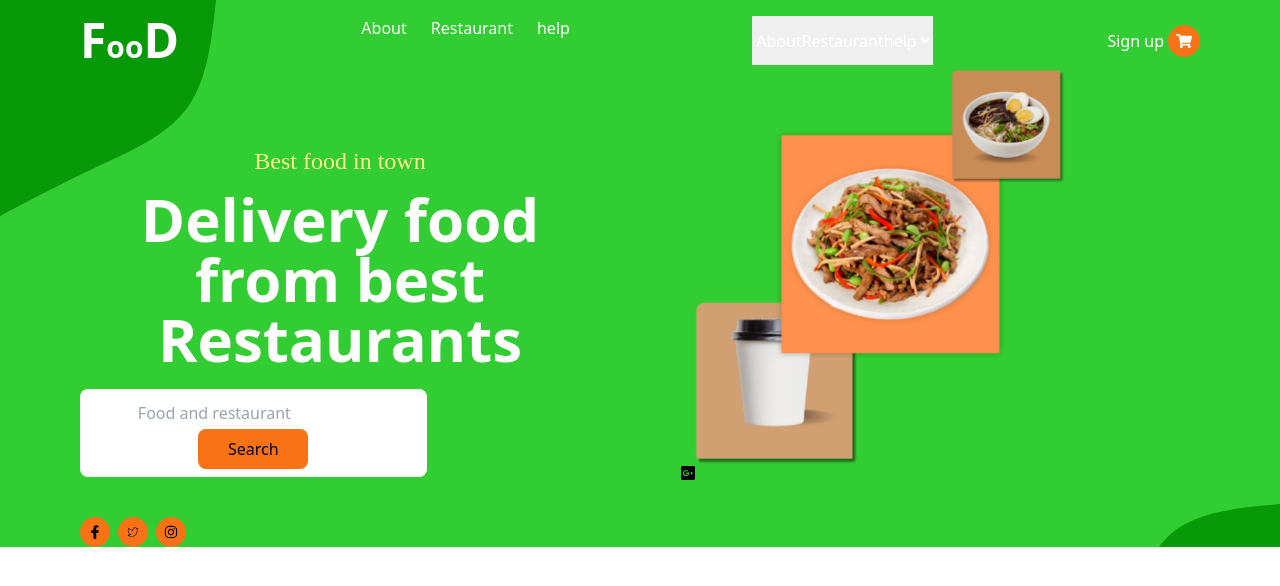
Repository: KhushiCode14/FoodWeb
Page: /
An editor plug-in stored every save of this project. The page is shown before and after the next save, followed by the edit.
The browser window is 1280 px wide. The pictures show the whole page.
The project was rebuilt for these pictures with package versions that can differ from the ones it lists, and the page was loaded fresh each time. Also part of the build but not shown: src/components/Home/SignUp.tsx, src/components/Home/SignIn.tsx.

Above is the page before, as saved 2024-09-20 17:33:59.

### src/index.css
@tailwind base;
@tailwind components;
@tailwind utilities;

.bgBack{
  background-image: url(../src/components/images/background.svg);
}

### src/App.tsx
import { Route, BrowserRouter as Router, Routes ,  } from 'react-router-dom';
import './App.css';
import Navbar from './Pages/Navbar';
import Home from './Pages/Home';
import SignUp from './components/Home/SignUp';
import SignIn from './components/Home/SignIn';

function App() {
  return (
    <div className="App bgBack m-0 px-20 pt-2">
      <Router>
        <Navbar/>
      <Routes>
        <Route  path="/" element={<Home/>} />
        <Route  path="/signUp" element={<SignUp/>} />
        <Route  path="/signIn" element={<SignIn/>} />
        {/* <Route  path="/about" element={About} />
        <Route  path="/contact" element={Contact} /> */}
        </Routes>
      </Router>

    </div>
  );
}

export default App;

### src/Pages/Navbar.tsx
import { NavLink } from "react-router-dom"
import { Link } from "react-router-dom"
import { FaShoppingCart } from "react-icons/fa";
import { FaCartPlus } from "react-icons/fa";
import { useState } from "react";
import { IoReorderThreeOutline } from "react-icons/io5";
interface nav {
  to: string,
  linkName: string

}
const Navbar: React.FC = () => {
  const [sign, setSign] = useState<string>('Sign up');
  const [menu, setMenu] = useState<boolean>(false)
  const [cart, setCart] = useState<JSX.Element>(<FaShoppingCart />);
  const navLink: nav[] = [
    { to: "/about", linkName: "About" },
    { to: "/", linkName: "Restaurant" },
    { to: "/help", linkName: "help" },
    // Add more links as needed
  ]
  const handleSign = () => {
    setSign(sign === 'Sign up' ? 'Sign in' : 'Sign up');
  }
  const handleCart = () => {
    setCart(prevCart =>
      prevCart.type === FaShoppingCart ? <FaCartPlus /> : <FaShoppingCart />
    );
  };

  return (
    <div className=" mt-2 flex justify-between text-white">
      <div className="font-bold text-3xl"><h1><span className=" text-5xl">F</span>oo<span className=" text-5xl">D</span></h1></div>
      {/* ###  mobile menu button  */}

      <div className="max-md:hidden" >
        {
          navLink.map((link, index) => (
            <Link key={index} to={link.to} className="mx-3 hover:text-gray-800">
              {link.linkName}
            </Link>
          ))
        }
      </div>
      <select className={`flex flex-col md:flex-row md:items-center md:justify-between w-full md:w-auto max-w-screen-xl ${menu ? 'block' : 'hidden md:block'}`} >
        <option>
        {
          navLink.map((link, index) => (
            <Link key={index} to={link.to} className="mx-3 hover:text-gray-800">
              {link.linkName}
            </Link>
            ))
        }
          </option>
      </select>

      <div className="flex justify-center items-center">
        <button className="max-md:hidden"> <NavLink to="/signUp" onClick={handleSign} className="m-1">{sign}</NavLink></button>

        <div onClick={handleCart} className="bg-orange-500  p-2 rounded-full" >
          {cart}
        </div>
        {/* Mobile Menu Button */}
        <div className="md:hidden flex items-center">
          <IoReorderThreeOutline onClick={() => setMenu(!menu)} className="text-2xl cursor-pointer" />
        </div>



      </div>
    </div>
  )
}

export default Navbar

### src/Pages/Home.tsx

import { FaFacebookF, FaGooglePlusSquare, FaInstagram, } from "react-icons/fa"
import { CiTwitter } from "react-icons/ci";
import food from "../components/images/food.png"
import { Link } from "react-router-dom";
const Home: React.FC = () => {
  return (

    <div className=" flex  gap-20 justify-center  h-[35rem ] max-md:flex-col">

      <div className="w-1/2 justify-center items-center  mt-20 ">
        <h3 className="font-cursive text-2xl mb-3 text-yellow-200">Best food in town</h3>
        <h1 className="text-6xl mb-5 text-white font-bold max-md:text-4xl">Delivery food from best Restaurants</h1>
        <div className="justify-between">
         <div className="mb-10 rounded-lg bg-white w-2/3 p-2 justify-between ">
         <input type="text" placeholder="Food and restaurant " className="p-1 outline-none"></input>
         <button className="bg-orange-500 p-2 w-1/3 rounded-lg" >Search</button>
         </div>
          <div className="flex gap-2  ">
            <Link to="/about"><FaFacebookF  size={30}className="bg-orange-500  text-black rounded-full font-extrabold  p-2"/>
            </Link>
            <Link to=""> < CiTwitter  size={30}className="bg-orange-500  p-2 rounded-full" />
            </Link>
            <Link to="">  <FaInstagram  size={30}className="bg-orange-500  p-2 rounded-full" />
            </Link>

          </div>
        </div>
      </div>
      <div className="w-1/2 items-center justify-center" >
        <img src={food} alt="logo" width={400} />
        <FaGooglePlusSquare />
      </div>
    </div>
  )
}

export default Home

### tailwind.config.js
/** @type {import('tailwindcss').Config} */
module.exports = {
  content: [
    "./src/**/*.{js,jsx,ts,tsx}",
  ],
  theme: {
    extend: {
      fontFamily: {
        'cursive': ['Pacifico', 'cursive']
      }
    },
  },
  plugins: [],
}

Loaded but not shown: public/index.html (common file); src/index.tsx (common file); src/reportWebVitals.ts (common file); src/App.css (common file)

After the next save:
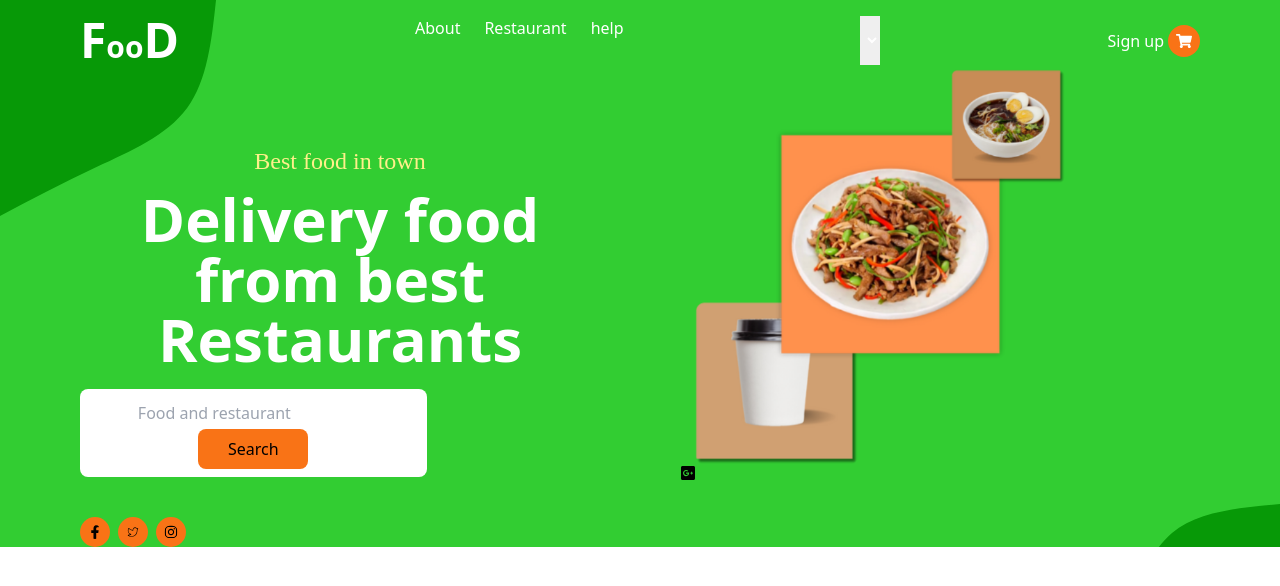
Saved 40 s later.
--- a/src/Pages/Navbar.tsx
+++ b/src/Pages/Navbar.tsx
@@ -43,7 +43,7 @@ const Navbar: React.FC = () => {
         }
       </div>
       <select className={`flex flex-col md:flex-row md:items-center md:justify-between w-full md:w-auto max-w-screen-xl ${menu ? 'block' : 'hidden md:block'}`} >
-        <option>
+
         {
           navLink.map((link, index) => (
             <Link key={index} to={link.to} className="mx-3 hover:text-gray-800">
@@ -51,7 +51,7 @@ const Navbar: React.FC = () => {
             </Link>
             ))
         }
-          </option>
+
       </select>
 
       <div className="flex justify-center items-center">
